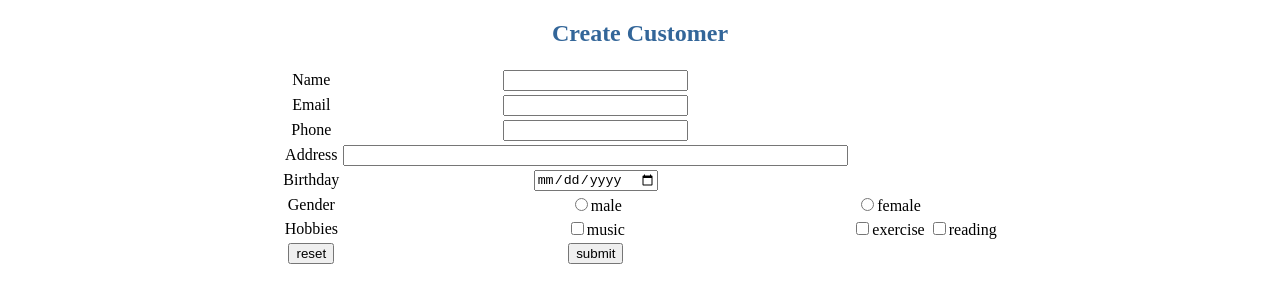
Repository: zoooolander/systex_prac_javaee
Page: http://localhost/myWeb/customer/createCustomer.jsp
The author's editor kept a copy of each file at every save. The page is drawn from the files as they stood at one save, then again after a run of saves.
The browser window is 1280 px wide. The pictures show the whole page.
The page is served by Tomcat 10.

Above is the page before, as saved 2024-09-19 02:48:17.

After the next 2 saves:
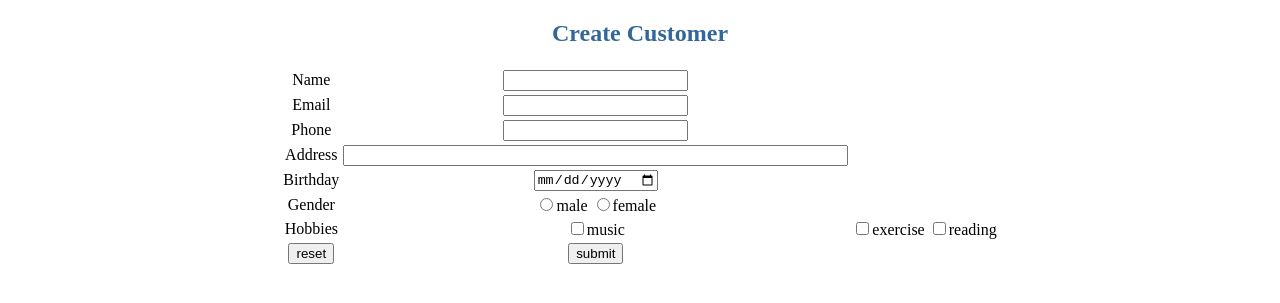
The 2 saves are shown as one change because they came seconds apart.
The last was saved 23 s later.
--- a/myWeb/src/main/webapp/customer/createCustomer.jsp
+++ b/myWeb/src/main/webapp/customer/createCustomer.jsp
@@ -35,8 +35,8 @@
 				</tr>
 				<tr>
 					<td>Gender</td>
-					<td><input type="radio" name="gender" value="male" />male</td>
-					<td><input type="radio" name="gender" value="female" />female</td>
+					<td><input type="radio" name="gender" value="male" />male <input
+						type="radio" name="gender" value="female" />female</td>
 				</tr>
 				<tr>
 					<td>Hobbies</td>
